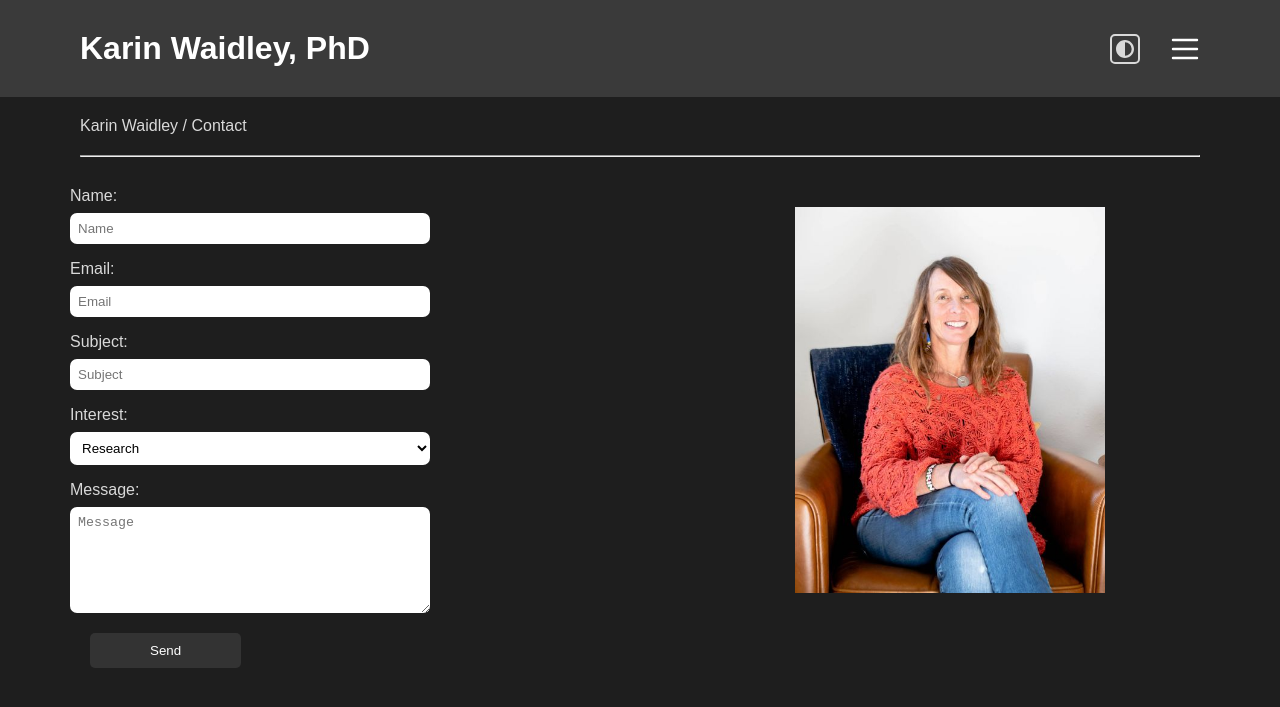
Repository: Ceasor7/Karin
Page: contact.html
An editor plug-in stored every save of this project. The page is shown before and after the next save, followed by the edit.
The browser window is 1280 px wide. The pictures show the whole page.

Above is the page before, as saved 2023-12-14 17:36:10.

### contact.html
<!DOCTYPE html>
<html lang="en">

<head>
    <meta charset="UTF-8">
    <meta name="viewport" content="width=device-width, initial-scale=1.0">
    <title>Karin Waidley, PhD | Contact</title>
    <style>
        ::-webkit-scrollbar {
            width: .8em;
            border-radius: .3rem;
            background-color: hsl(0, 0%, 65%);
        }

        ::-webkit-scrollbar-thumb {
            border-radius: .3rem;
            background-color: hsl(0, 0%, 55%);
        }

        ::-webkit-scrollbar-thumb:hover {
            background-color: hsl(0, 0%, 45%);
        }

        body,
        h1,
        h2,
        h3,
        p,
        ul,
        li {
            margin: 0;
            padding: 0;
            list-style: none;
        }

        /* Global styles */
        body {
            font-family: Arial, sans-serif;
            background-color: var(--primary-color);
        }

        :root {
            --primary-color: #1E1E1E;
            --secondary-color: #D9D9D9;
        }

        .darkmode {
            --primary-color: #D9D9D9;
            --secondary-color: #1E1E1E;
        }

        /* Navbar styles */
        header {
            background-color: #3A3A3A;
            color: white;
            padding: 10px 0;
        }

        .navbar {
            display: flex;
            justify-content: space-between;
            align-items: center;
            padding: 20px;
            margin-left: 60px;
            margin-right: 60px;
        }

        .navbar-logo {
            font-size: 2em;
            font-weight: bold;
        }

        .navbar-icons {
            display: flex;
            gap: 10px;
        }

        .dark-mode-toggle {
            color: var(--secondary-color);
            border: 2px solid currentColor;
            padding: 4px;
            background: transparent;
            cursor: pointer;
            border-radius: 5px;
            width: 30px;
            height: 30px;
        }

        .dark-mode-toggle,
        .svg-icon {
            margin-right: 20px;
        }

        /* Main content styles */
        section {
            margin-top: 20px;
        }

        .page-title {
            color: var(--secondary-color);
            margin-bottom: 20px;
        }

        /* Contact form styles */
        form {
            max-width: 600px;
            margin: 0 auto;
            color: var(--secondary-color);
        }

        label {
            display: block;
            margin-bottom: 8px;
            text-align: left;
            margin-left: 60px;
        }

        input,
        textarea,
        select {
            width: 60%;
            padding: 8px;
            margin-bottom: 16px;
            box-sizing: border-box;
            margin-left: 60px;
            background-color: white;
            border: none;
            border-radius: 7px;

        }

        /* New section styles */
        .image-section {
            text-align: center;
            margin-top: 20px;
        }

        .image-section img {
            max-width: 50%;
            height: auto;
        }


        .flex-container {
            display: flex;
            justify-content: space-between;
            margin-top: 30px;
        }

        .flex-container>div {
            flex: 1;
            margin-right: 20px;
        }

        .form-button {
            margin-left: 90px;
            margin-bottom: 20px;
        }

        .formSend-button {
            padding: 10px;
            background-color: #333;
            color: white;
            padding-left: 60px;
            padding-right: 60px;
            border-radius: 5px;
            border: none;
            cursor: pointer;
        }

        section {
            margin-top: 20px;
            margin-left: 80px;
            margin-right: 80px;
        }
    </style>
</head>

<body>
    <header>
        <div class="navbar">
            <div class="navbar-logo">Karin Waidley, PhD</div>
            <div class="navbar-icons">
                <button id="dark-mode-toggle" class="dark-mode-toggle">
                    <svg width="100%" xmlns="http://www.w3.org/2000/svg" viewBox="0 0 496 496">
                        <path fill="currentColor"
                            d="M8,256C8,393,119,504,256,504S504,393,504,256,393,8,256,8,8,119,8,256ZM256,440V72a184,184,0,0,1,0,368Z"
                            transform="translate(-8 -8)" />
                    </svg>
                </button>
                <svg xmlns="http://www.w3.org/2000/svg" x="0px" y="0px" width="30" height="30" viewBox="0 0 50 50"
                    style="fill:#FFFFFF;">
                    <path
                        d="M 5 8 A 2.0002 2.0002 0 1 0 5 12 L 45 12 A 2.0002 2.0002 0 1 0 45 8 L 5 8 z M 5 23 A 2.0002 2.0002 0 1 0 5 27 L 45 27 A 2.0002 2.0002 0 1 0 45 23 L 5 23 z M 5 38 A 2.0002 2.0002 0 1 0 5 42 L 45 42 A 2.0002 2.0002 0 1 0 45 38 L 5 38 z">
                    </path>
                </svg>
            </div>
        </div>
    </header>

    <section>
        <p class="page-title">Karin Waidley / Contact</p>
        <hr>
    </section>
    <div class="flex-container">
        <div>
            <form>
                <label for="name">Name:</label>
                <input type="text" id="name" placeholder="Name" name="name" required>

                <label for="email">Email:</label>
                <input type="email" id="email" placeholder="Email" name="email" required>

                <label for="subject">Subject:</label>
                <input type="text" id="subject" placeholder="Subject" name="subject" required>

                <label for="interest">Interest:</label>
                <select id="interest" name="interest">
                    <option value="research">Research</option>
                    <option value="speaking">Speaking</option>
                    <option value="teaching">Teaching</option>
                    <option value="community-reach">Community Reach</option>
                </select>

                <label for="message">Message:</label>
                <textarea id="message" placeholder="Message" name="message" rows="6" required></textarea>


            </form>
        </div>
        <!-- New section with image -->
        <div class="image-section">
            <img src="images/Karin.jpeg" alt="Karin Waidley">
        </div>
    </div>
    <div class="form-button">
        <button class="formSend-button" type="submit">Send</button>
    </div>

    <script src="darkmode.js"></script>
</body>

</html>

### darkmode.js

let darkMode = localStorage.getItem('darkMode');

const darkModeToggle = document.querySelector('#dark-mode-toggle');

const enableDarkMode = () => {
  document.body.classList.add('darkmode');
  localStorage.setItem('darkMode', 'enabled');
}

const disableDarkMode = () => {

  document.body.classList.remove('darkmode');

  localStorage.setItem('darkMode', null);
}


if (darkMode === 'enabled') {
  enableDarkMode();
}

darkModeToggle.addEventListener('click', () => {

  darkMode = localStorage.getItem('darkMode');

  if (darkMode !== 'enabled') {
    enableDarkMode();
  } else {
    disableDarkMode();
  }
});

After the next save:
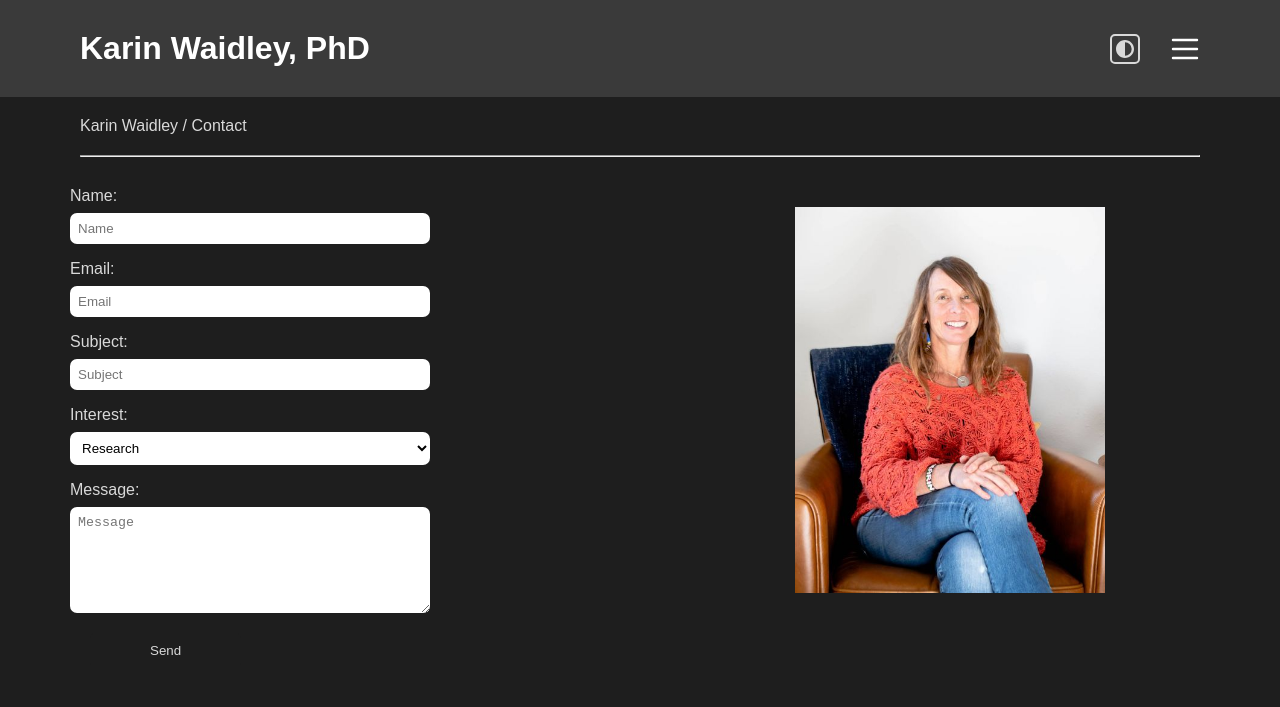
Saved 20 s later.
--- a/contact.html
+++ b/contact.html
@@ -159,8 +159,8 @@
 
         .formSend-button {
             padding: 10px;
-            background-color: #333;
-            color: white;
+            background-color: var(--primary-color);
+            color: var(--secondary-color);
             padding-left: 60px;
             padding-right: 60px;
             border-radius: 5px;
